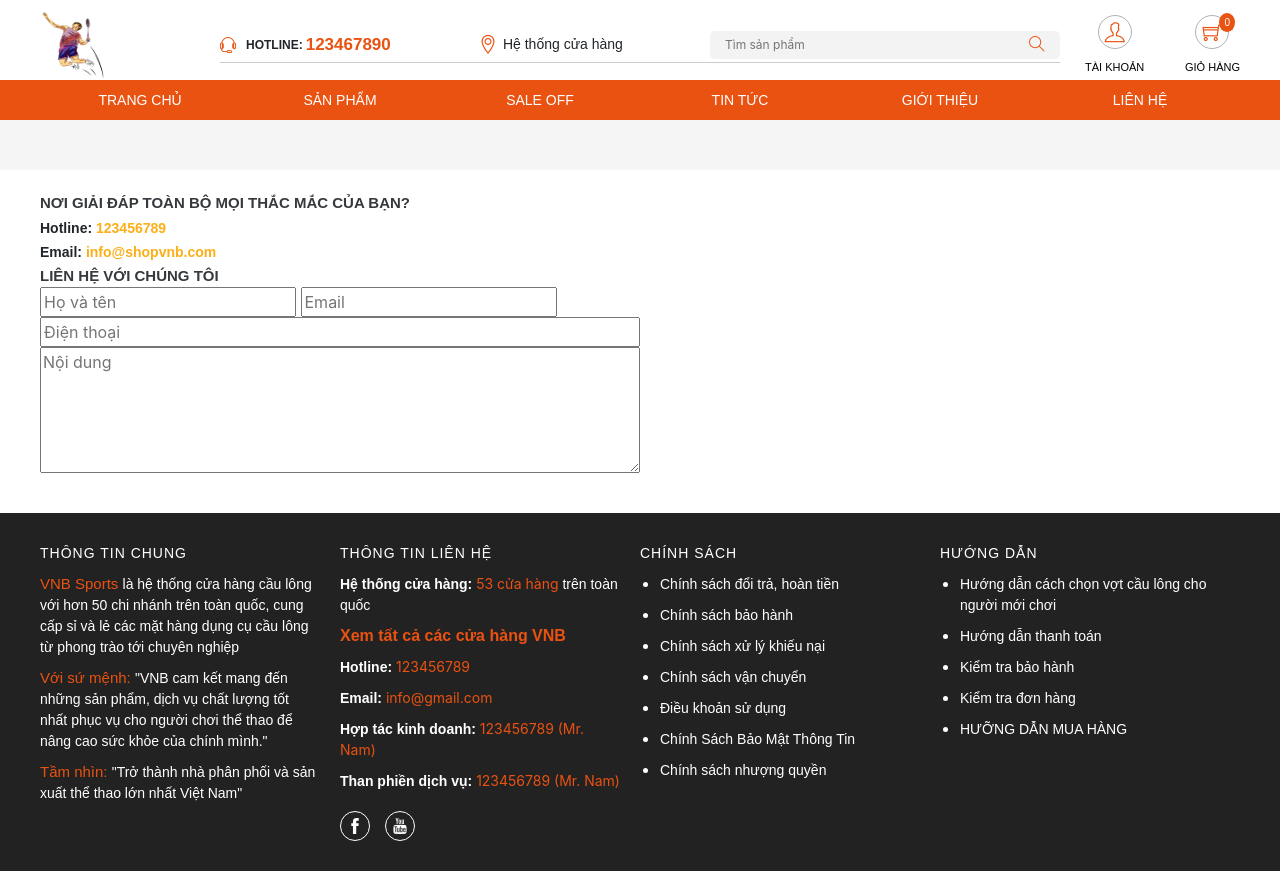
Repository: Namtran3107/CauLongSo1
Page: contact.html
The author's editor kept a copy of each file at every save. The page is drawn from the files as they stood at one save, then again after the next save.
The browser window is 1280 px wide. The pictures show the whole page.

Above is the page before, as saved 2022-12-10 13:35:53.

After the next save:
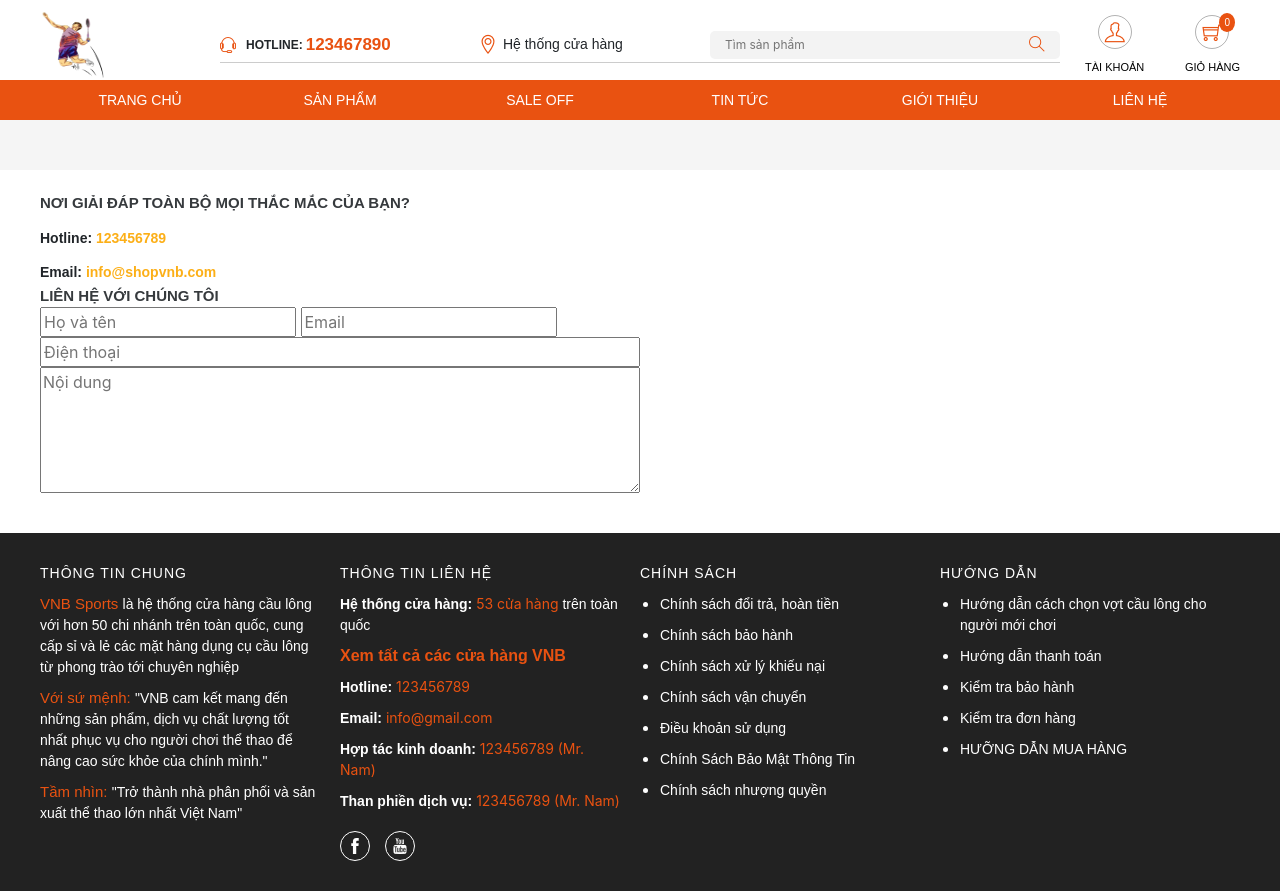
Saved 30 s later.
--- a/contact.css
+++ b/contact.css
@@ -28,3 +28,6 @@
     color: #fcaf17;
     font-weight: 600;
 }
+.contact-phone-and-email{
+    margin-top: 10px;
+}
